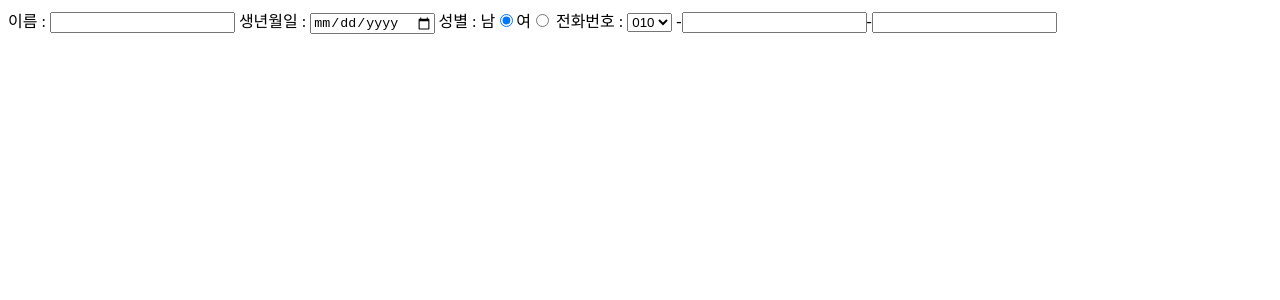
Repository: phoresis92/KITRI_JSP
Page: JSP_workspace/mvc_Subject/WebContent/SignUP.html
These files come from the project's save history. The page is drawn as it stood at one moment and after the next save; the edit follows.
The browser window is 1280 px wide. The pictures show the whole page.

Above is the page before, as saved 2018-12-19 06:20:07.

### JSP_workspace/mvc_Subject/WebContent/SignUP.html
<!DOCTYPE html>
<html>
<head>
<meta charset="UTF-8">
<title>회원가입 페이지</title>
</head>
<body>
	<form action="">
		<label for="name">이름 : </label><input type="text" name="name">
		<label for="birth">생년월일 : </label><input type="date" name="birth">
		<label for="gender">성별 : </label>남<input type="radio" name="name" value="M" checked="checked">여<input type="radio" name="name" value="F">
		<label for="phone">전화번호 : </label>
		<select name="front_num">
			<option value="010" selected="selected">010</option>
			<option value="011">011</option>
			<option value="016">016</option>
		</select>
		-<input type="text" name="phone" maxlength="4">-<input type="text" name="phone" maxlength="4">
	</form>
</body>
</html>

After the next save:
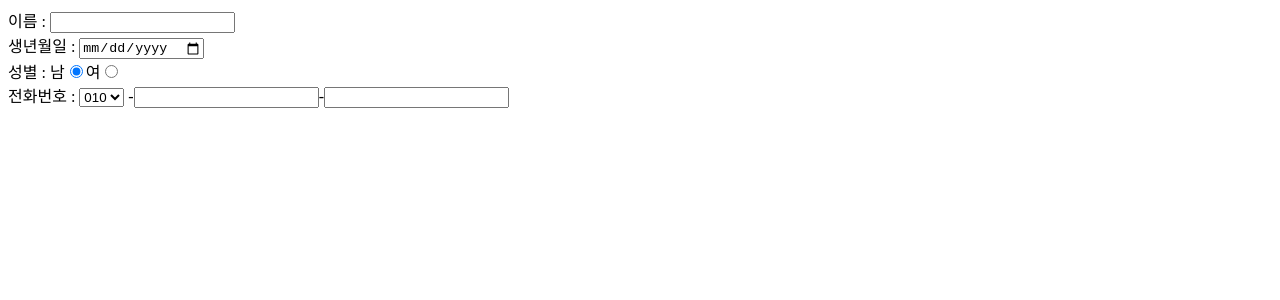
Saved 67 s later.
--- a/JSP_workspace/mvc_Subject/WebContent/SignUP.html
+++ b/JSP_workspace/mvc_Subject/WebContent/SignUP.html
@@ -6,16 +6,16 @@
 </head>
 <body>
 	<form action="">
-		<label for="name">이름 : </label><input type="text" name="name">
-		<label for="birth">생년월일 : </label><input type="date" name="birth">
-		<label for="gender">성별 : </label>남<input type="radio" name="name" value="M" checked="checked">여<input type="radio" name="name" value="F">
+		<label for="name">이름 : </label><input type="text" name="name"> <br/>
+		<label for="birth">생년월일 : </label><input type="date" name="birth"> <br/>
+		<label for="gender">성별 : </label>남<input type="radio" name="name" value="M" checked="checked">여<input type="radio" name="name" value="F"> <br/>
 		<label for="phone">전화번호 : </label>
 		<select name="front_num">
 			<option value="010" selected="selected">010</option>
 			<option value="011">011</option>
 			<option value="016">016</option>
 		</select>
-		-<input type="text" name="phone" maxlength="4">-<input type="text" name="phone" maxlength="4">
+		-<input type="text" name="phone" maxlength="4">-<input type="text" name="phone" maxlength="4"> <br/>
 	</form>
 </body>
 </html>
